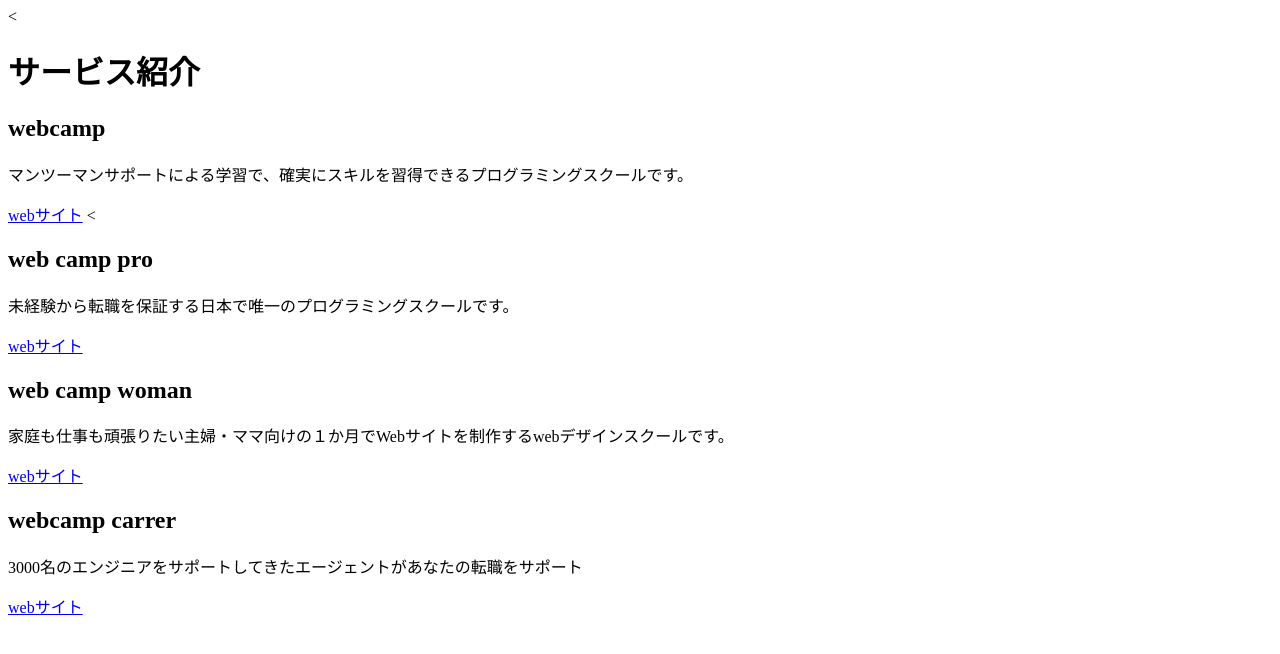
Repository: Akito33/html-css
Page: sample.html
The author's editor kept a record of every edit. The page is drawn from the files as they stood at one moment, then again after the next edit.
The browser window is 1280 px wide. The pictures show the whole page.

Above is the page before.

After the next edit:
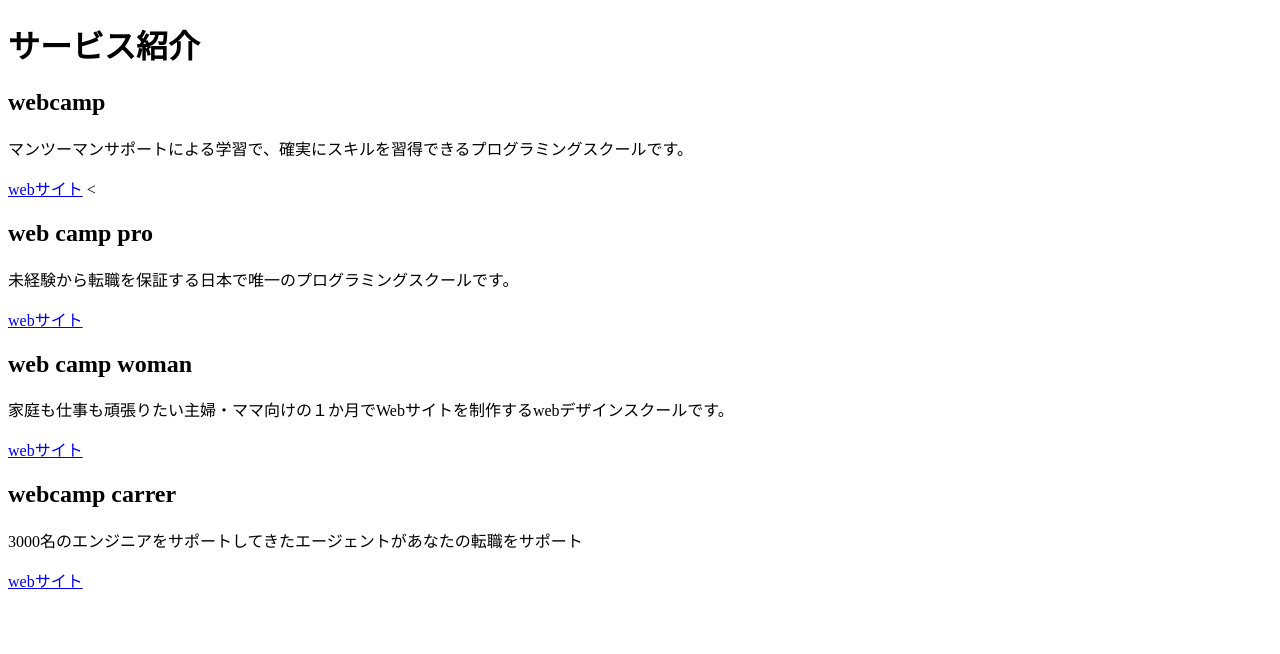
The edit:
--- a/sample.html
+++ b/sample.html
@@ -1,7 +1,7 @@
 <!DOCTYPE HTML>
 <html lang="ja">
   <head>
-    <<meta charset="utf-8">
+    <meta charset="utf-8">
     <title>サービス紹介</title>
   </head>
   <body>
